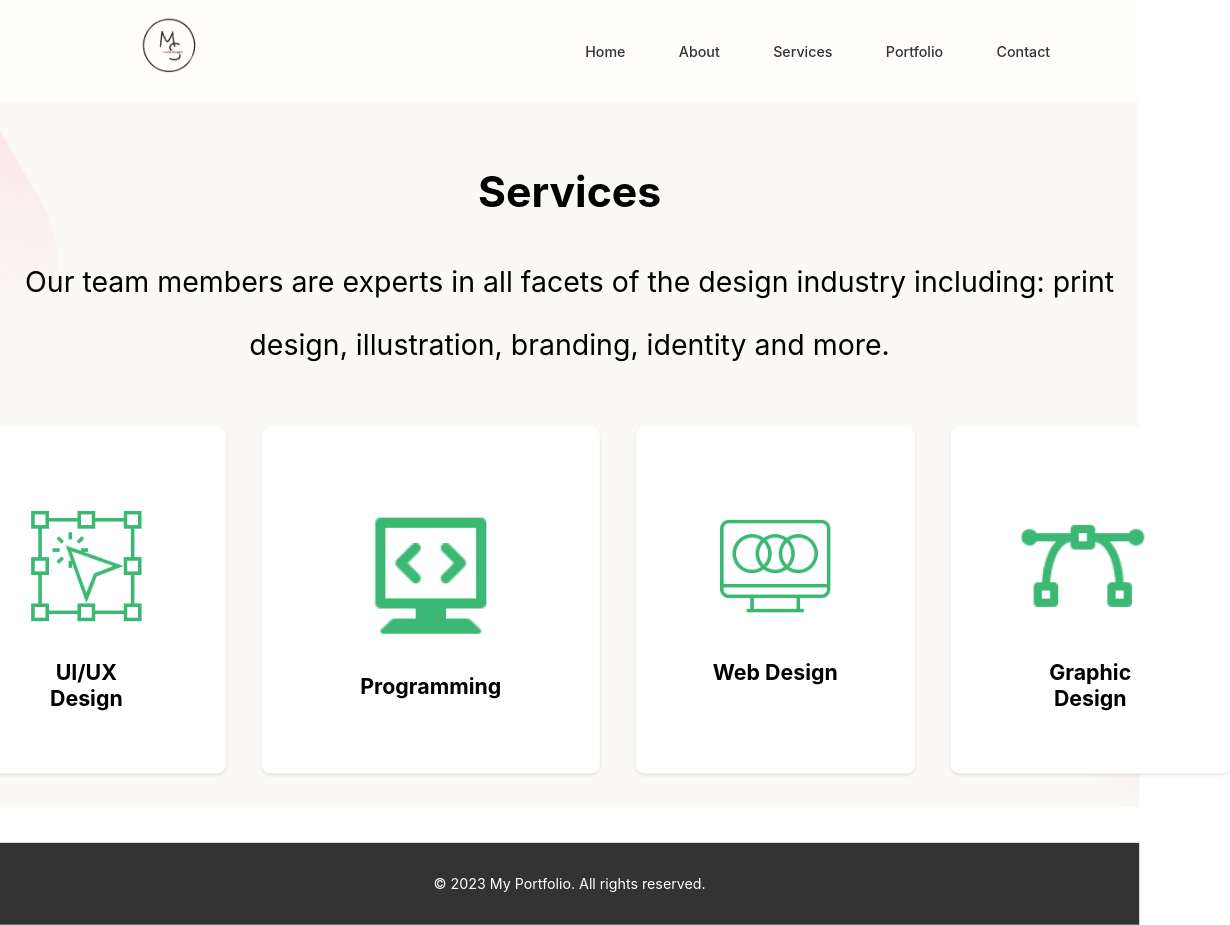
Repository: MEROO1010/Portfolio_00
Page: /services (app in portfolio_00/)
The author's editor kept a copy of each file at every save. The page is drawn from the files as they stood at one save, then again after a run of saves.
The browser window is 1280 px wide. The page is 1382 px wide, so the pictures cover 1382 px, including what lies to the right of the window. The pictures show the whole page, at 89% of full size.
The project was rebuilt for these pictures with package versions that can differ from the ones it lists, and the page was loaded fresh each time. Also part of the build but not shown: portfolio_00/src/components/Home.jsx, portfolio_00/src/components/About.jsx, portfolio_00/src/components/Portfolio.jsx, portfolio_00/src/components/Contact.jsx.

Above is the page before, as saved 2024-11-19 10:31:55.

### portfolio_00/src/App.jsx
import React from 'react';
import { BrowserRouter, Route, Routes } from 'react-router-dom';
import Header from './components/Header';
import Home from './components/Home';
import About from './components/About';
import Services from './components/Services';
import Portfolio from './components/Portfolio';
import Contact from './components/Contact';
import Footer from './components/Footer';
// import GlobalStyle from './styles/global';

const App = () => {
  return (
    <BrowserRouter>
    <Header />
    <Routes>
      <Route path="/"  element={<Home />} />
      <Route path="/about"  element={<About />} />
      <Route path="/services" element={<Services  />} />

      <Route path="/portfolio" element={<Portfolio />} />
      <Route path="/contact" element={<Contact />} />
    </Routes>

    <Footer />
  </BrowserRouter>
  );
};

export default App;

### portfolio_00/src/features/counter/counterSlice.js
import { createAsyncThunk, createSlice } from '@reduxjs/toolkit';
import { fetchCount } from './counterAPI';

const initialState = {
  value: 0,
  status: 'idle',
};

// The function below is called a thunk and allows us to perform async logic. It
// can be dispatched like a regular action: `dispatch(incrementAsync(10))`. This
// will call the thunk with the `dispatch` function as the first argument. Async
// code can then be executed and other actions can be dispatched. Thunks are
// typically used to make async requests.
export const incrementAsync = createAsyncThunk(
  'counter/fetchCount',
  async (amount) => {
    const response = await fetchCount(amount);
    // The value we return becomes the `fulfilled` action payload
    return response.data;
  }
);

export const counterSlice = createSlice({
  name: 'counter',
  initialState,
  // The `reducers` field lets us define reducers and generate associated actions
  reducers: {
    increment: (state) => {
      // Redux Toolkit allows us to write "mutating" logic in reducers. It
      // doesn't actually mutate the state because it uses the Immer library,
      // which detects changes to a "draft state" and produces a brand new
      // immutable state based off those changes
      state.value += 1;
    },
    decrement: (state) => {
      state.value -= 1;
    },
    // Use the PayloadAction type to declare the contents of `action.payload`
    incrementByAmount: (state, action) => {
      state.value += action.payload;
    },
  },
  // The `extraReducers` field lets the slice handle actions defined elsewhere,
  // including actions generated by createAsyncThunk or in other slices.
  extraReducers: (builder) => {
    builder
      .addCase(incrementAsync.pending, (state) => {
        state.status = 'loading';
      })
      .addCase(incrementAsync.fulfilled, (state, action) => {
        state.status = 'idle';
        state.value += action.payload;
      });
  },
});

export const { increment, decrement, incrementByAmount } = counterSlice.actions;

// The function below is called a selector and allows us to select a value from
// the state. Selectors can also be defined inline where they're used instead of
// in the slice file. For example: `useSelector((state: RootState) => state.counter.value)`
export const selectCount = (state) => state.counter.value;

// We can also write thunks by hand, which may contain both sync and async logic.
// Here's an example of conditionally dispatching actions based on current state.
export const incrementIfOdd = (amount) => (dispatch, getState) => {
  const currentValue = selectCount(getState());
  if (currentValue % 2 === 1) {
    dispatch(incrementByAmount(amount));
  }
};

export default counterSlice.reducer;

### portfolio_00/src/components/Header.jsx
import React from 'react';
import styled from 'styled-components';
import { Link } from 'react-router-dom';
import ImageLogo from '../assets/white_logo.png';

const HeaderContainer = styled.header`
  background-color: #FFFEFD;
  padding: 10px 100px;
  display: flex;
  justify-content: space-between;
  align-items: center;
`;

const Logo = styled.h1`
  margin:4px;
  padding-left:40px;
`;

const NavLinks = styled .nav`
  display: flex;
  gap: 60px;
`;

const NavLink = styled(Link)`
  text-decoration: none;
  color: #333;
  font-weight: 500;

  &:hover {
    color: #3BB873;
  }
`;

const Header = () => {
  return (
    <HeaderContainer>
      <Logo><img src={ImageLogo} alt="Description of image" /></Logo>
      <NavLinks>
        <NavLink to="/">Home</NavLink>
        <NavLink to="/about">About</NavLink>
        <NavLink to="/services">Services</NavLink>
        <NavLink to="/portfolio">Portfolio</NavLink>
        <NavLink to="/contact">Contact</NavLink>
      </NavLinks>
    </HeaderContainer>
  );
};

export default Header;

### portfolio_00/src/components/Services.jsx
import React from "react";
import styled from "styled-components";
import UI_UX from "../assets/UI_UX.png";
import programming from "../assets/Programming.png";
import webdesign from "../assets/web_design.png";
import graphic_design from "../assets/graphic_design.png";
import bg3 from "../assets/services_bg.png";

const Container = styled.div`
  display: flex;
  justify-content: center;
  align-items: center;
  flex-direction: column;
  background-image: url(${bg3});
  background-position: center;
  background-size:cover;
  height: 110vh;
  margin-bottom:40px;

`;

const Title = styled.h1`
  font-size: 3rem;
  font-weight: bold;
  margin-bottom: 20px;
`;

const Subtitle = styled.p`
  font-size: 32px;
  margin-bottom: 40px;
  p{
    text-align: center;
  }
`;

const ServicesContainer = styled.div`
  display: flex;
  justify-content: space-between;
  width: 80%;
  max-width: 1000px;
  margin: 0 auto;
`;

const ServiceCard = styled.div`
  background-color: white;
  border-radius: 10px;
  padding: 80px;
  box-shadow: 0 2px 4px rgba(0, 0, 0, 0.1);
  text-align: center;
  width: 400px;
  height:230px;
  margin-right: 40px;
  right:200px;;
  position:relative;
  justify-content:space-around;
`;



const ServiceTitle = styled.h3`
  font-size: 1.5rem;
  font-weight: bold;
  margin-bottom: 10px;
`;

const Services = () => {
  return (
    <Container>
      <Title>Services</Title>
      <Subtitle>
        Our team members are experts in all facets of the design industry
        including: print<br/> <p>design, illustration, branding, identity and more.</p>
      </Subtitle>
      <ServicesContainer>
        <ServiceCard>
          <img src={UI_UX} alt="" />
          <ServiceTitle>UI/UX Design</ServiceTitle>
        </ServiceCard>
        <ServiceCard>
          <img src={programming} alt="" />
          <ServiceTitle>Programming</ServiceTitle>
        </ServiceCard>
        <ServiceCard>
          <img src={webdesign} alt="" />
          <ServiceTitle>Web Design</ServiceTitle>
        </ServiceCard>
        <ServiceCard>
          <img src={graphic_design} alt="" />
          <ServiceTitle>Graphic Design</ServiceTitle>
        </ServiceCard>
      </ServicesContainer>
    </Container>
  );
};

export default Services;

### portfolio_00/src/components/Footer.jsx
import React from 'react';
import styled from 'styled-components';

const FooterContainer = styled.footer`
  padding: 20px;
  background-color: #333;
  color: white;
  text-align: center;
`;

const Footer = () => {
  return (
    <FooterContainer>
      <p>&copy; 2023 My Portfolio. All rights reserved.</p>
    </FooterContainer>
  );
};

export default Footer;

Loaded but not shown: portfolio_00/public/index.html (common file); portfolio_00/src/index.js (common file); portfolio_00/src/app/store.js (common file); portfolio_00/src/reportWebVitals.js (common file); portfolio_00/src/index.css (common file); portfolio_00/src/features/counter/counterAPI.js (common file)

After the next 2 saves:
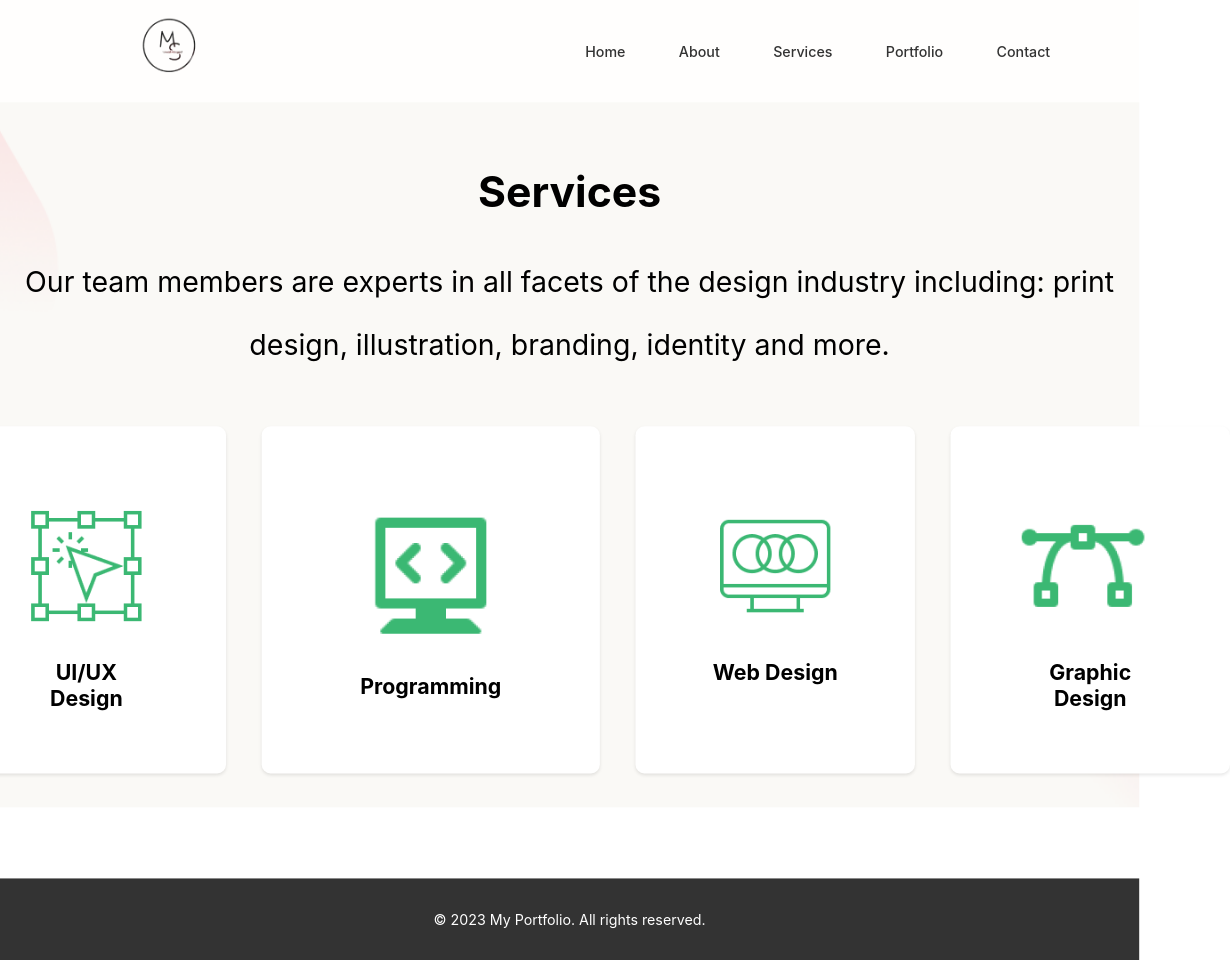
The 2 saves are shown as one change because they came seconds apart.
The last was saved 11 s later.
--- a/portfolio_00/src/components/Services.jsx
+++ b/portfolio_00/src/components/Services.jsx
@@ -15,7 +15,7 @@ const Container = styled.div`
   background-position: center;
   background-size:cover;
   height: 110vh;
-  margin-bottom:40px;
+  margin-bottom:80px;
 
 `;
 
